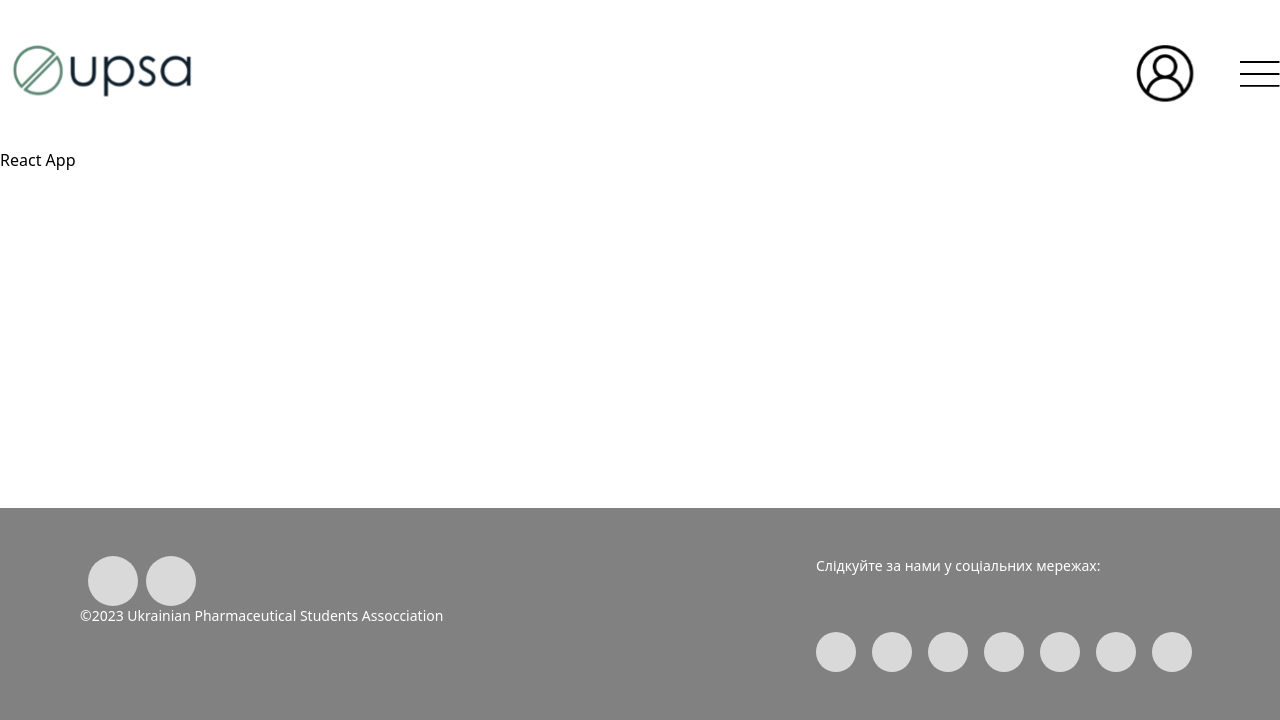
Repository: Alina-Khmilevska/UPSA-React
Page: /
These files come from the project's save history. The page is drawn as it stood at one moment and after the next save; the edit follows.
The browser window is 1280 px wide. The pictures show the whole page.
The project was rebuilt for these pictures with package versions that can differ from the ones it lists, and the page was loaded fresh each time. Also part of the build but not shown: src/components/header/menu/burgermenu/Menu.css.

Above is the page before, as saved 2023-09-26 16:35:21.

### src/App.js
import './App.css';
import Footer from './components/footer/Footer';
import Header from './components/header/Header';

export default function App() {
  return (
    <div className="flex flex-col min-h-screen">
      <Header />
      <main className="flex-1">
        <h1>React App</h1>
      </main>
      <Footer className="mt-auto" />
    </div>
  )
}

### src/App.css
.App {
  text-align: center;
}
.upsa-bg-grey {
  background-color: #818181;
}
.upsa-bg-button {
  background-color: #4A4948;
}

### src/components/footer/Footer.jsx
import React from "react";
import LanguageIcons from "../shared/icons/LanguageIcons";
import SocialIcons from "../shared/icons/SocialIcons";

const Footer = () => {
    return (
        <footer className="upsa-bg-grey text-white py-12 px-20">
            <div className="flex flex-row justify-between">
                <div className="flex flex-col justify-start">
                    <LanguageIcons />

                    <p className="text-sm">
                        &copy;{new Date().getFullYear()} Ukrainian Pharmaceutical Students Assocciation
                    </p>
                </div>
                <div className="flex flex-col ">
                    <p className="text-sm">
                        Слідкуйте за нами у соціальних мережах:
                    </p>
                    <SocialIcons />
                </div>
            </div>
        </footer>
    );
};

export default Footer;

### src/components/header/Header.jsx
import React, { useState } from "react";
import Logo from "./logo/Logo";
import BurgerIcon from "./menu/burgermenu/icons/BurgerIcon";
import Account from "./menu/account/Account";
import Menu from "./menu/burgermenu/Menu";


const Header = () => {
  const [isMenuOpen, setIsMenuOpen] = useState(false);

  const handleMenuToggle = () => {
    setIsMenuOpen(!isMenuOpen);
  };

  const handleCloseMenu = () => {
    setIsMenuOpen(false);
  };
  return (
    <header className="bg-white font-inter">
      <div className="container mx-auto flex items-center justify-between">
        <Logo />
        <div className="flex items-center justify-between">
          <Account />
          <BurgerIcon onClick={handleMenuToggle} />
          <Menu isOpen={isMenuOpen} onClose={handleCloseMenu} />
        </div>
      </div>
    </header>
  );
};

export default Header;

### src/components/shared/icons/LanguageIcons.jsx
import React from "react";
import Ellipse from "../../../assets/images/icons/tmp/ellipse.svg";

const LanguageIcons = () => {
    return (
        <div className="flex flex-row">
            <div className="px-2">
                <img src={Ellipse} alt="Ellipse" width={50} height={50} />
            </div>
            <img src={Ellipse} alt="Ellipse" width={50} height={50} />
        </div>
    );
};

export default LanguageIcons;

### src/components/shared/icons/SocialIcons.jsx
import React from "react";
import Ellipse from "../../../assets/images/icons/tmp/ellipse.svg";

const SocialIcons = () => {
    return (
        <div className="flex justify-start mt-14">
            <div className="pr-2">
                <img
                    src={Ellipse}
                    alt="Ellipse"
                    width={40}
                    height={40}
                />
            </div>
            <div className="px-2">
                <img
                    src={Ellipse}
                    alt="Ellipse"
                    width={40}
                    height={40}
                />
            </div>
            <div className="px-2">
                <img
                    src={Ellipse}
                    alt="Ellipse"
                    width={40}
                    height={40}
                />
            </div>
            <div className="px-2">
                <img
                    src={Ellipse}
                    alt="Ellipse"
                    width={40}
                    height={40}
                />
            </div>
            <div className="px-2">
                <img
                    src={Ellipse}
                    alt="Ellipse"
                    width={40}
                    height={40}
                />
            </div>
            <div className="px-2">
                <img
                    src={Ellipse}
                    alt="Ellipse"
                    width={40}
                    height={40}
                />
            </div>
            <div className="px-2">
                <img
                    src={Ellipse}
                    alt="Ellipse"
                    width={40}
                    height={40}
                />
            </div>

        </div>
    );
};

export default SocialIcons;

### src/components/header/logo/Logo.jsx
// Logo.jsx
import React from "react";
import ReactLogo from "../../../assets/images/icons/logo.svg";

const Logo = () => {
  return (
    <div className="text-2xl font-bold">

      <a href="/">
        <img src={ReactLogo}
          alt="Logo" width={210} height={150} />
      </a>
    </div>
  );
};

export default Logo;

### src/components/header/menu/burgermenu/icons/BurgerIcon.jsx
// BurgerIcon.jsx
import React from "react";
import Icon from "../../../../../assets/images/icons/burgerIcon.svg";

const BurgerIcon = ({ onClick }) => {
  return (
    <div className="cursor-pointer" onClick={onClick}>
      <img
        src={Icon}
        alt="Burger Icon"
        width={40}
        height={40}
      />
    </div>
  );
};

export default BurgerIcon;

### src/components/header/menu/account/Account.jsx
// Account.jsx
import React from "react";
import Icon from "../../../../assets/images/icons/account.svg";

const Account = ({ onClick }) => {
  return (
    <div className="mr-10">
    <a className="cursor-pointer" href="#">
      <img
        src={Icon}
        alt="Account Icon"
        width={70}
        height={56}
      />
    </a>
    </div>
  );
};

export default Account;

### src/components/header/menu/burgermenu/Menu.jsx
// Menu.jsx
import React from "react";
import CloseIcon from "./icons/CloseIcon";
import SocialIcons from "../../../shared/icons/SocialIcons";
import "./Menu.css";
import LanguageIcons from "../../../shared/icons/LanguageIcons";

const Menu = ({ isOpen, onClose }) => {
    const menuStyle = {
        width: isOpen ? "50%" : "0",
        right: isOpen ? "0" : "-50%",
    };

    return (
        <div
            className="upsa-bg-grey h-full text-white fixed top-0 right-0 transition-all duration-300 ease-in-out px-20"
            style={menuStyle}
        >
            <CloseIcon onClick={onClose} />
            <ul className="mt-32 mr-4 text-4xl font-light leading-loose">
                <li>Проекти</li>
                <li>Події</li>
                <li>Стати членом асоціації</li>
                <li>EPSA -Student Science ward</li>
                <li>Контакти</li>
                <li>Support Ukraine</li>
            </ul>

            <button className="upsa-bg-button rounded-md px-12 py-1 mt-10">
                <a href="#" className="font-light">
                    Увійти як член управління
                </a>
            </button>
            <SocialIcons />


            <div className="flex flex-row justify-between mt-14">
                <a href="mailto:upsa@gmail.com" className="font-light">
                    upsa@gmail.com
                </a>
                <LanguageIcons />
            </div>
        </div>
    );
};

export default Menu;

### src/components/header/menu/burgermenu/icons/CloseIcon.jsx
import React from "react";
import Icon from "../../../../../assets/images/icons/close.svg";

const CloseIcon = ({ onClick }) => {
  return (
    <button className="absolute top-10 right-10" onClick={onClick}>
      <img
        src={Icon}
        alt="Close Icon"
        width={50}
        height={50}
      />
    </button>
  );
};

export default CloseIcon;

Loaded but not shown: public/index.html (common file); src/index.js (common file); src/index.css (common file); src/reportWebVitals.js (common file); tailwind.config.js (common file)

After the next save:
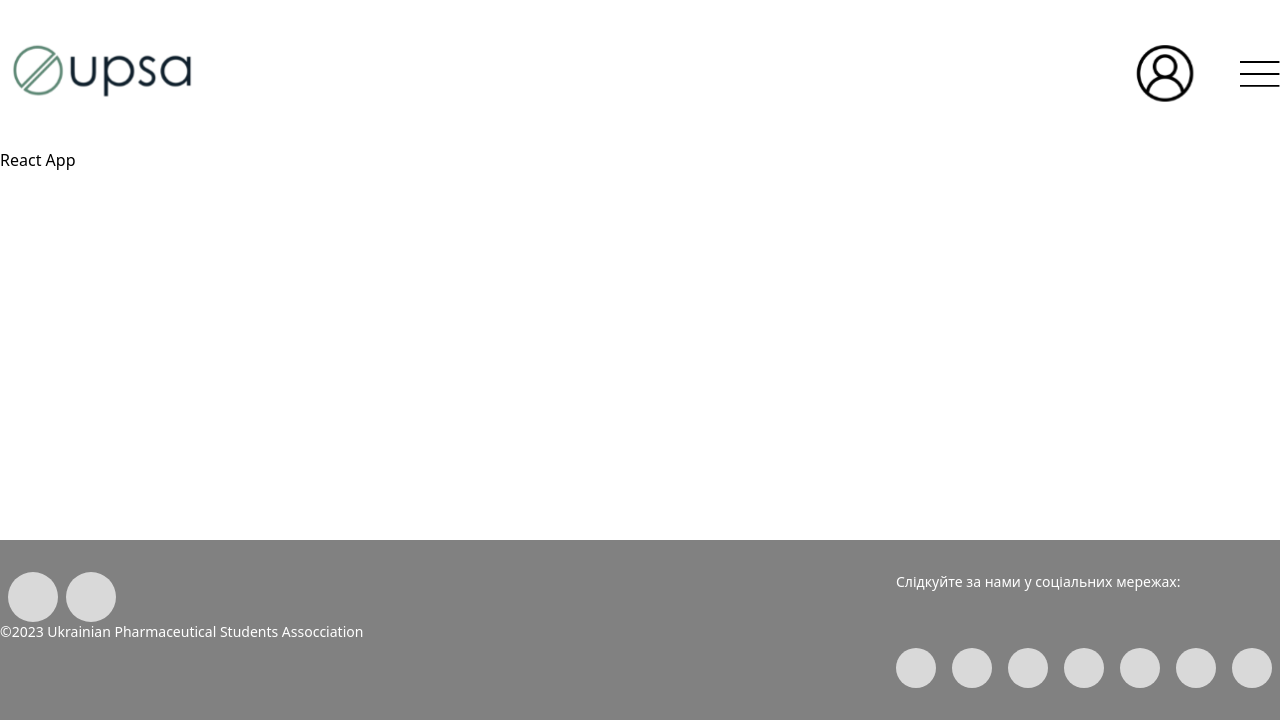
Saved 18 s later.
--- a/src/components/footer/Footer.jsx
+++ b/src/components/footer/Footer.jsx
@@ -4,7 +4,7 @@
 
 const Footer = () => {
     return (
-        <footer className="upsa-bg-grey text-white py-12 px-20">
+        <footer className="upsa-bg-grey text-white py-8 px-18">
             <div className="flex flex-row justify-between">
                 <div className="flex flex-col justify-start">
                     <LanguageIcons />
